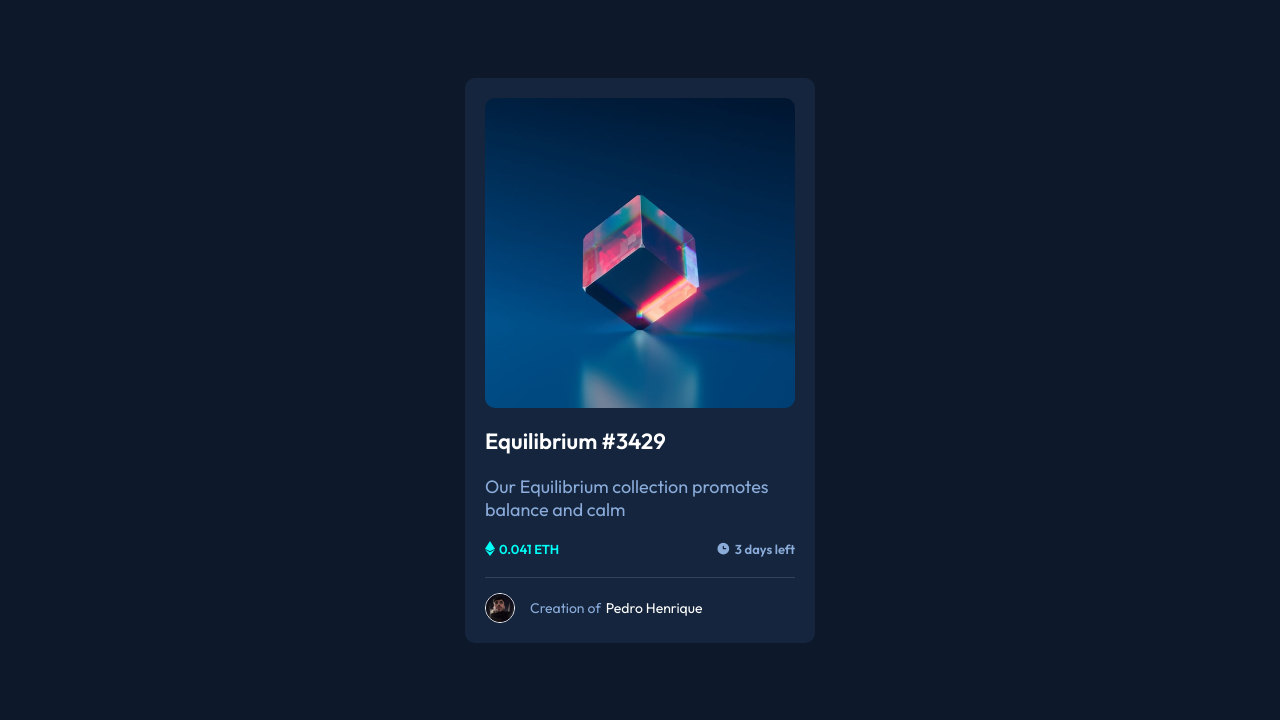
Repository: PedroHEAA/nft
Page: index.html
The author's editor kept a copy of each file at every save. The page is drawn from the files as they stood at one save, then again after the next save.
The browser window is 1280 px wide. The pictures show the whole page.

Above is the page before, as saved 2022-11-04 20:23:52.

### index.html
<!DOCTYPE html>
<html lang="en">

<head>
    <meta charset="UTF-8">
    <meta http-equiv="X-UA-Compatible" content="IE=edge">
    <meta name="viewport" content="width=device-width, initial-scale=1.0">
    <meta name="description"
        content="Esse é um projeto do front end mentor, para eu desenvolver habilidades técnicas para ficar cada dia melhor">
    <link rel="stylesheet" href="src/css/reset.css">
    <link rel="stylesheet" href="src/css/variables.css">
    <link rel="stylesheet" href="src/css/style.css">
    <link rel="shortcut icon" href="src/images/favicon-32x32.png" type="image/x-icon">
    <title>NFT - preview card component</title>
</head>

<body>
    <main class="container">
        <div class="card">

            <a class="image-link" href="#">
                <img src="src/images/image-equilibrium.jpg" alt="Equilibrium NFT image">
            </a>
            <div class="alinhar">
            <div class="card-information">
                <a href="#">
                    <h2 class="title">Equilibrium #3429</h2>
                </a>

                <p class="card-description">Our Equilibrium collection promotes balance and calm</p>
            </div>

            <div class="info-element">
                <p class="angle"> <img src="src/images/icon-ethereum.svg" alt="" width="10px" height="15px"> 0.041 ETH</p>
                <p class="days-left"> <img src="src/images/icon-clock.svg" alt="" width="15px" height="15px"> 3 days left</p>
            </div>

            <div class="creator">
                <img src="src/images/WhatsApp Image 2022-10-10 at 16.39.07.jpeg" alt="NFT creator" width="30px">
                <p> Creation of <a class="creator-link" href="#"> Pedro Henrique</a></p>
            </div>
        </div>
        </div>
    </main>
</body>

</html>

### src/css/reset.css
*{
    margin: 0;
    padding: 0;
    box-sizing: border-box;
}

a{
    text-decoration: none;
    color: var(--white);
}

### src/css/variables.css
:root{
    --main-color: hsl(217, 54%, 11%);
    --card-color: hsl(216, 50%, 16%);
    --line-color: hsl(215, 32%, 27%);
    --white: hsl(0, 0%, 100%);
    --angle-color: hsl(178, 100%, 50%);
    --secondary-color: hsl(215, 51%, 70%);
}

### src/css/style.css
@import url('https://fonts.googleapis.com/css2?family=Outfit:wght@300;400;600&display=swap');

body{
    font-family: 'Outfit', sans-serif;
    background-color: var(--main-color);
}

.container{
    max-width: 100vw;
    height: 100vh;
    display: flex;
    justify-content: center;
    align-items: center;

}

.card{
    background-color: var(--card-color);
    max-width: 350px;
    border-radius: 10px;
    display: flex;
    flex-direction: column;
    align-items: center;
    padding: 20px;
}

.card .title{
    font-size: 22px;
    justify-content: flex-start;
    margin-top: 15px;
}

.card .title:hover{
    cursor: pointer;
    color: var(--angle-color);
}

.card .card-description{
    color: var(--secondary-color);
    font-size: 18px;
    margin-top: 20px;
}

.card a img{
    width: 100%;
    border-radius: 10px;
}

.card .image-link{
    position: relative;
}

.card .image-link::before{
    display: none;
    content: '';
    background-color: var(--angle-color);
    width: 100%;
    height: 100%;
    position: absolute;
    opacity: 0.4;
    border-radius: 10px;
}

.info-element{
    display: flex;
    justify-content: space-between;
    gap: 100px;
    font-size: 13px;
    font-weight: 600;
    margin-top: 20px;
    margin-bottom: 20px;
}

.info-element .angle{
    color: var(--angle-color);
    display: flex;
    gap: 4px;
}

.info-element .days-left{
    color: var(--secondary-color);
    display: flex;
    gap: 4px;
}

.card .creator{
    display: flex;
    align-items: center;
    gap: 15px;
    border-top: 1px solid var(--line-color);
    padding-top: 15px;
}

.card .creator img{
    border-radius: 50px;
    border: 1px solid white;
}

.card .creator p{
    display: flex;
    font-size: 14px;
    gap: 5px;
    color: var(--secondary-color);
}

.card .creator .creator-link{
    color: var(--white);

}

.card .creator .creator-link:hover{
    color: var(--angle-color);
}

After the next save:
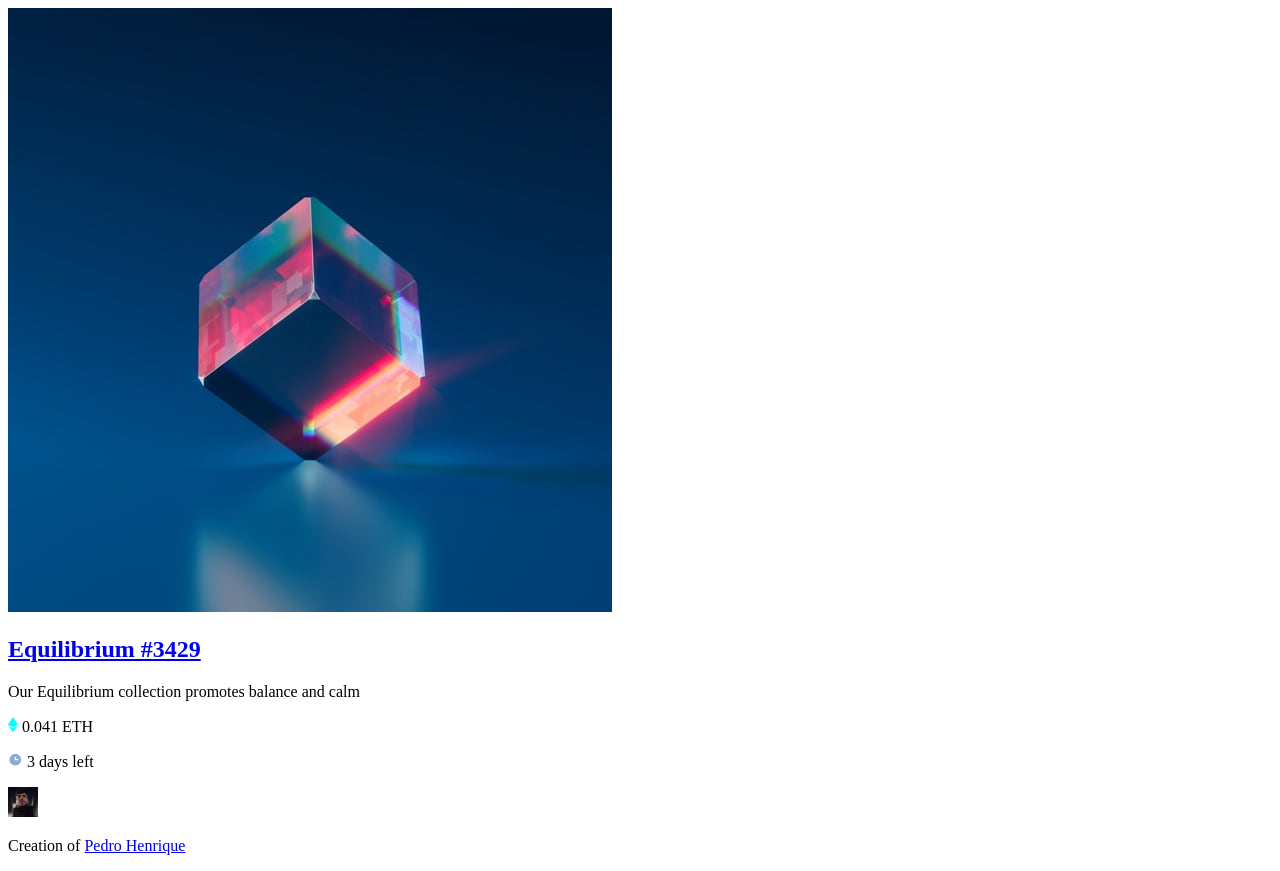
Saved 23 h 47 min later.
--- a/index.html
+++ b/index.html
@@ -7,10 +7,10 @@
     <meta name="viewport" content="width=device-width, initial-scale=1.0">
     <meta name="description"
         content="Esse é um projeto do front end mentor, para eu desenvolver habilidades técnicas para ficar cada dia melhor">
-    <link rel="stylesheet" href="src/css/reset.css">
+    <!-- <link rel="stylesheet" href="src/css/reset.css">
     <link rel="stylesheet" href="src/css/variables.css">
     <link rel="stylesheet" href="src/css/style.css">
-    <link rel="shortcut icon" href="src/images/favicon-32x32.png" type="image/x-icon">
+    <link rel="shortcut icon" href="src/images/favicon-32x32.png" type="image/x-icon"> -->
     <title>NFT - preview card component</title>
 </head>
 

After the save that followed:
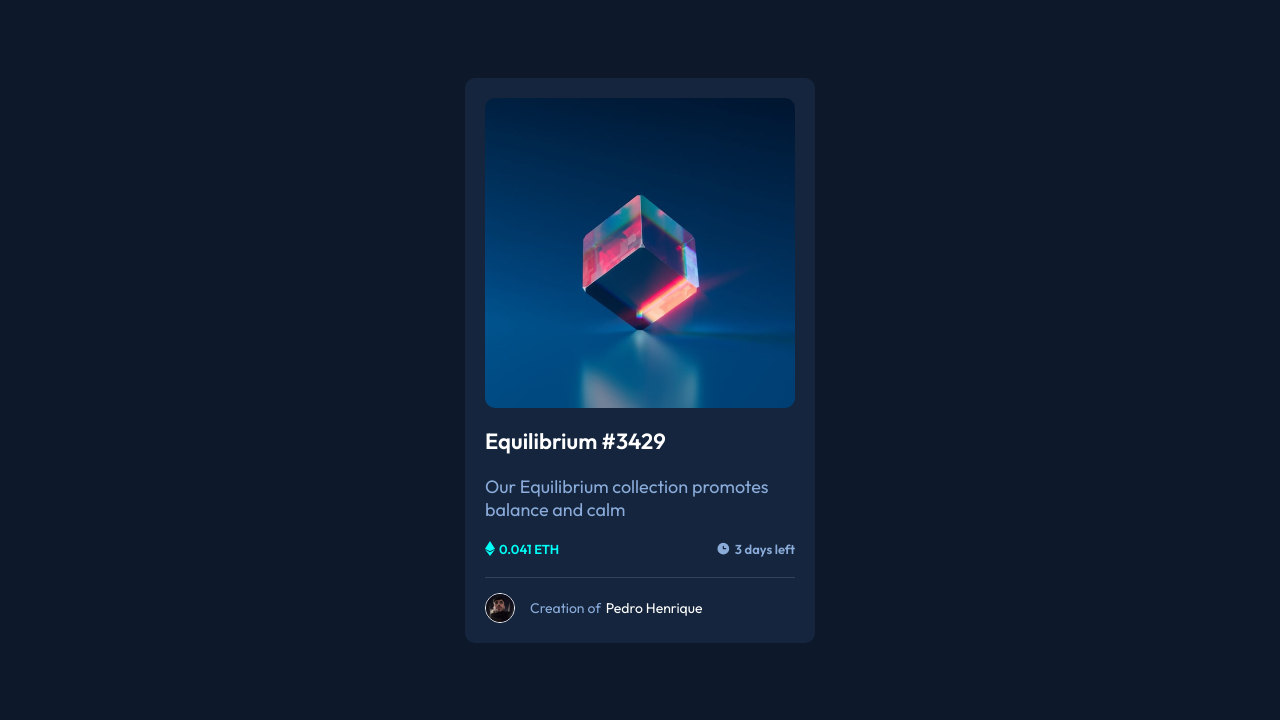
Saved 21 s later.
--- a/index.html
+++ b/index.html
@@ -7,10 +7,10 @@
     <meta name="viewport" content="width=device-width, initial-scale=1.0">
     <meta name="description"
         content="Esse é um projeto do front end mentor, para eu desenvolver habilidades técnicas para ficar cada dia melhor">
-    <!-- <link rel="stylesheet" href="src/css/reset.css">
+    <link rel="stylesheet" href="src/css/reset.css">
     <link rel="stylesheet" href="src/css/variables.css">
     <link rel="stylesheet" href="src/css/style.css">
-    <link rel="shortcut icon" href="src/images/favicon-32x32.png" type="image/x-icon"> -->
+    <link rel="shortcut icon" href="src/images/favicon-32x32.png" type="image/x-icon">
     <title>NFT - preview card component</title>
 </head>
 
